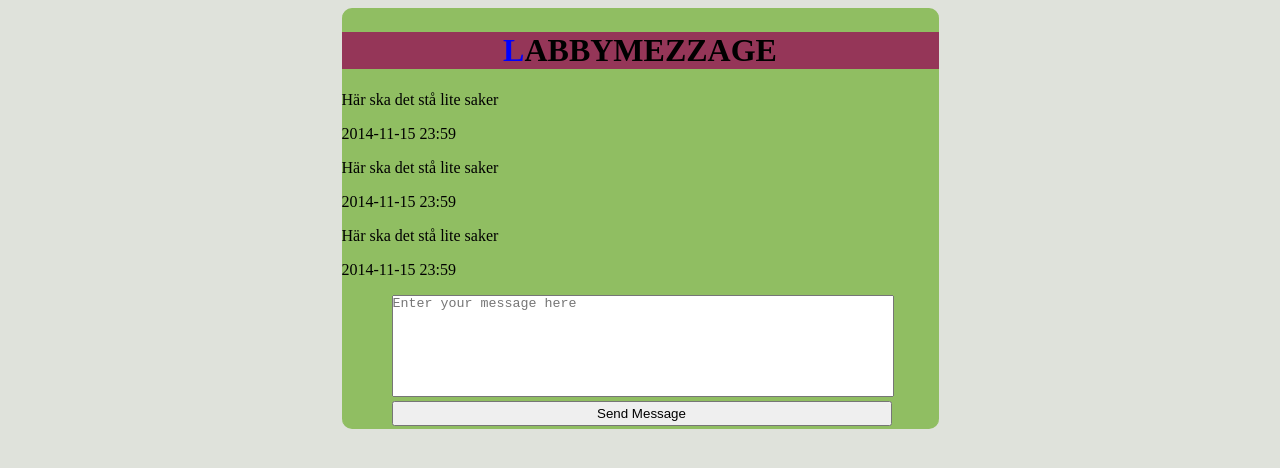
Repository: vr222bt/1dv403-laborationer
Page: 2-labbymezzage/index.html
The author's editor kept a record of every edit. The page is drawn from the files as they stood at one moment, then again after the next edit.
The browser window is 1280 px wide. The pictures show the whole page.

Above is the page before.

### 2-labbymezzage/index.html
<!doctype html>
<html lang="sv">
    <head>
        <link rel="stylesheet" href="style.css" />
        <meta charset="utf-8" />
        <title>Labbymezzage</title>
    </head>
    <body>
        <div id="container">
            <header>
                <h1>Labbymezzage</h1>
            </header>
            <main>
                <div id="messages">
                    <div class="message">
                        <p>Här ska det stå lite saker</p>
                        <footer>
                            <p>2014-11-15 23:59</p>
                        </footer>
                    </div>
                    <div class="message">
                        <p>Här ska det stå lite saker</p>
                        <footer>
                            <p>2014-11-15 23:59</p>
                        </footer>
                    </div>
                    <div class="message">
                        <p>Här ska det stå lite saker</p>
                        <footer>
                            <p>2014-11-15 23:59</p>
                        </footer>
                    </div>
                </div>
                <form>
                    <textarea id="text" placeholder="Enter your message here"></textarea>
                    <input type="submit"id="button" value="Send Message">
                </form>
            </main>


        </div>
        <script type="text/javascript" src="message.js" ></script>
        <script type="text/javascript" src="run.js" ></script>
    </body>
</html>

### 2-labbymezzage/style.css
body
    {
        background-color: #DFE2DB;
    }
#container
    {
        max-width: 597px;
        border-style: solid;
        border-width: 3px;
        border-color: #90BE62;
        border-radius: 10px ;
        border-left-width: 0px;
        border-right-width: 0px;
        margin-right: auto;
        margin-left: auto;
        background-color: #90BE62;

    }

#text
    {
        width: 500px;
        height: 100px;
        margin-left: 50px;
        margin-right: 50px;
        resize: none;
        padding: 0;
    }

#button
    {
        width: 500px;
        height: 25px;
        margin-left: 50px;
        margin-right: 50px;

    }

h1
    {
        text-align: center;
        text-transform: uppercase;
        background-color: #953658;
    }

h1:first-letter
    {
        color: blue;
    }

#message
    {
        width: 500px;
        margin-left: 50px;
        margin-right: 50px;
        margin-top: 10px;
        margin-bottom: 10px;
        border-radius: 10px;
        background-color: #DFE2DB ;
    }

#message p
    {
        padding-left: 5px;
    }

#message footer
    {

        padding-right: 5px;
    }

### 2-labbymezzage/message.js
"use strict";

function Message(message, date){

    this.getText = function() {
        return message;
    };
    this.setText = function(_text) {
        message = _text;
    };
    this.getDate = function() {
        return date;
    };
    this.setDate = function(_date) {
        date = _date;
    };
}

Message.prototype.toString = function(){
    return this.getText()+" ("+this.getDate()+")";
};

Message.prototype.getHTMLText = function(){
    return this.getText().replace("\n","<br />");
};

### 2-labbymezzage/run.js
"use strict";

var messageBoard = {

    messages: [],
    init:  function(e){
        /*
        var message1 = new Message("test1", new Date());
        var message2 = new Message("test2", new Date());
        messageBoard.messages.push(message1, message2);
        alert(messageBoard.messages[1].getText());
        alert(message1.getText());
        alert(message2.getText());
        alert(message2.getDate());
        */


    }
};

window.onload = messageBoard.init;

After the next edit:
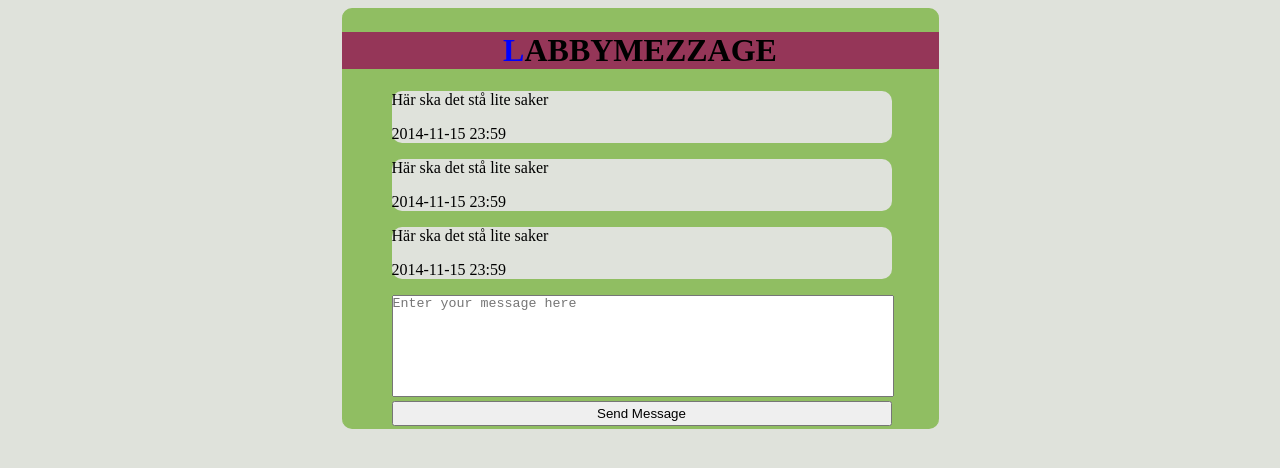
The edit:
--- a/2-labbymezzage/style.css
+++ b/2-labbymezzage/style.css
@@ -48,7 +48,7 @@
         color: blue;
     }
 
-#message
+.message
     {
         width: 500px;
         margin-left: 50px;
